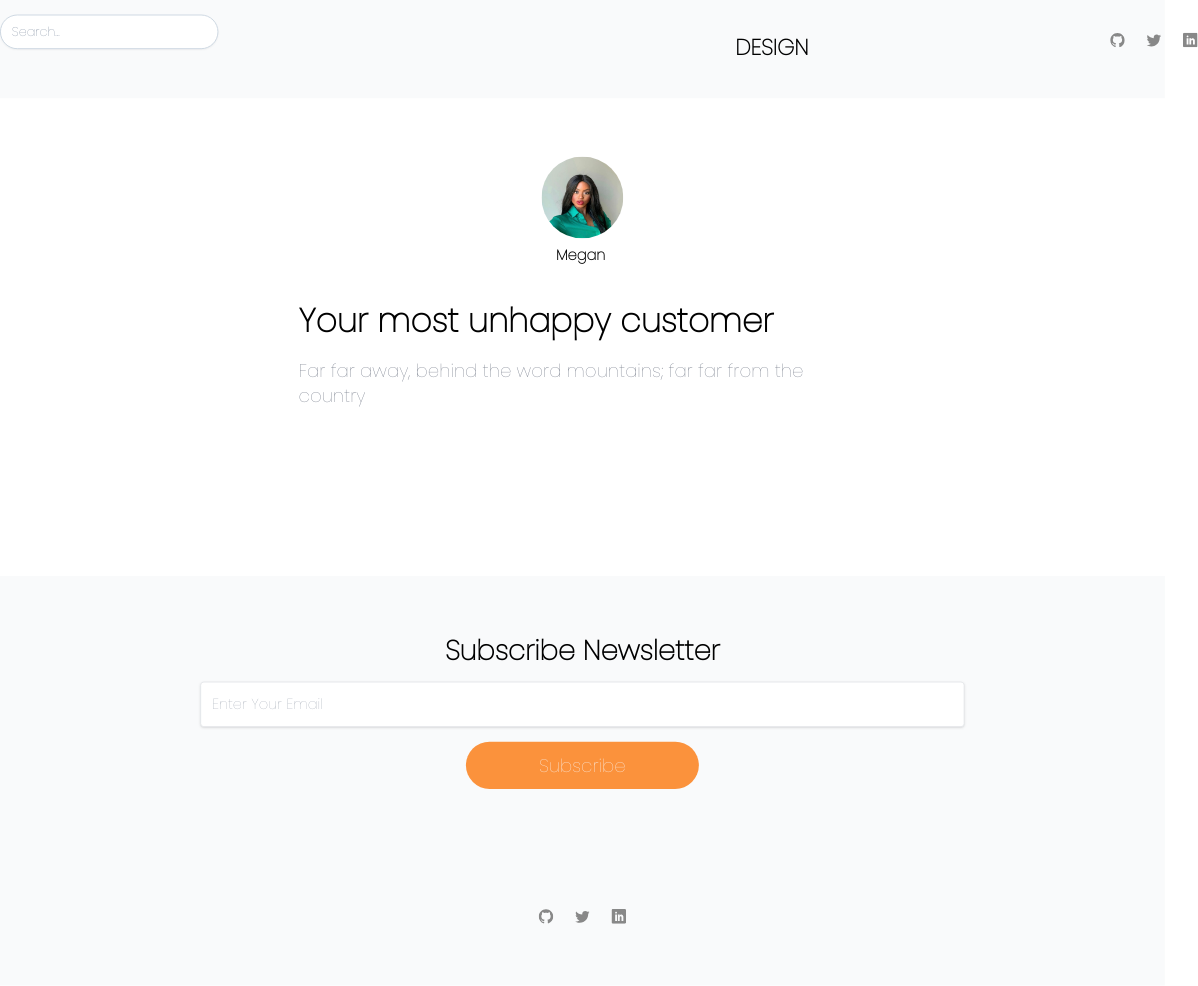
Repository: Megan74/blog5
Page: /posts/page
The author's editor kept a copy of each file at every save. The page is drawn from the files as they stood at one save, then again after the next save.
The browser window is 1280 px wide. The page is 1316 px wide, so the pictures cover 1316 px, including what lies to the right of the window. The pictures show the whole page, at 91% of full size.
The project was rebuilt for these pictures with package versions that can differ from the ones it lists, and the page was loaded fresh each time. The framework's server and built-in components were replaced by stand-ins that run in the browser. Also part of the build but not shown: next.config.js.

Above is the page before, as saved 2022-07-02 17:56:20.

After the next save:
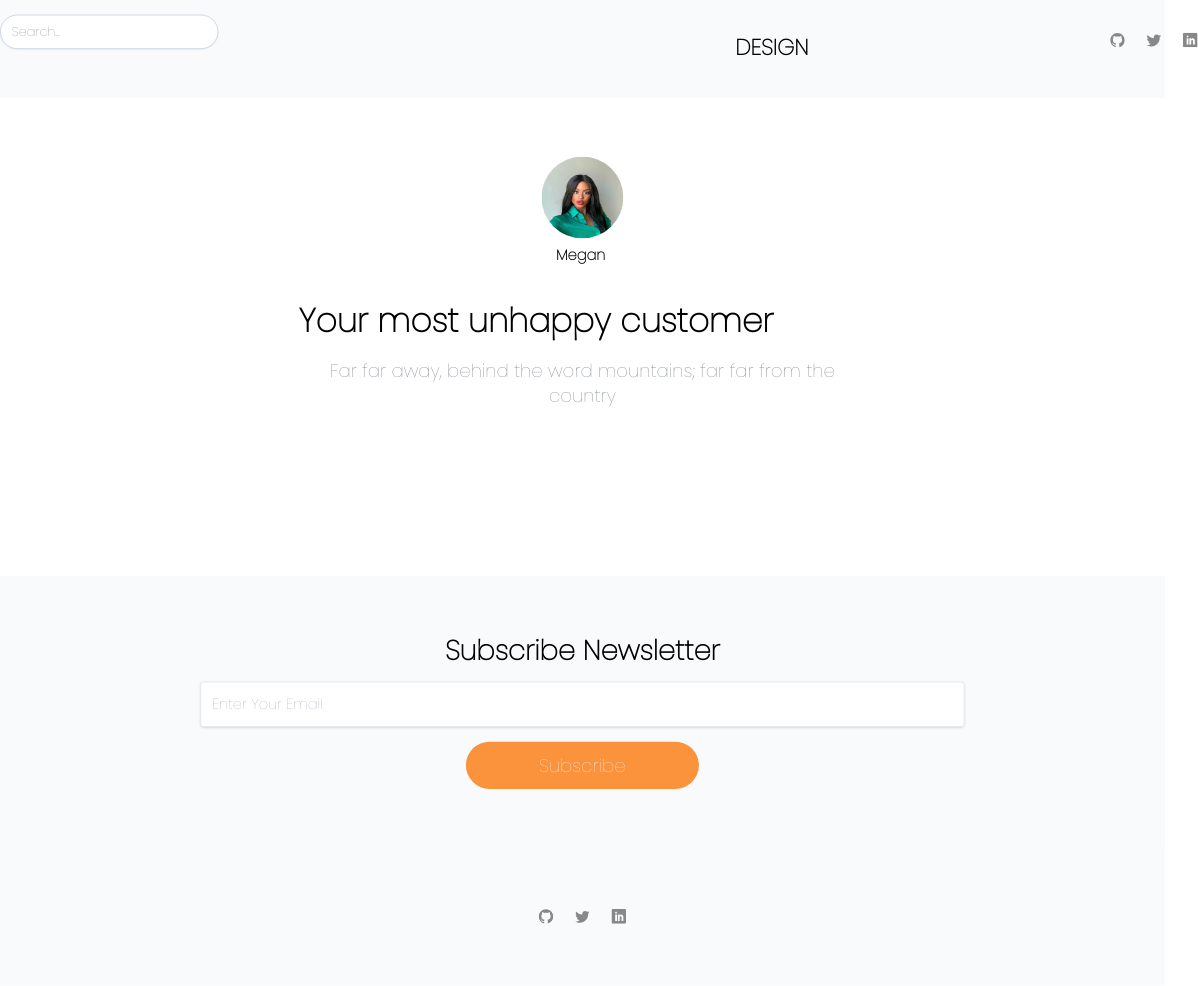
Saved 15 s later.
--- a/pages/posts/page.js
+++ b/pages/posts/page.js
@@ -14,7 +14,7 @@ export default function Page() {
          <div className="post py-10">
             <h1 className="font-bold text-4xl text-cente  pb-5">Your most unhappy customer </h1>
 
-            <p className="text-gray-500 text-xl text">Far far away, behind the word mountains; far far from the country</p>
+            <p className="text-gray-500 text-xl text-center">Far far away, behind the word mountains; far far from the country</p>
 
 
          </div>
